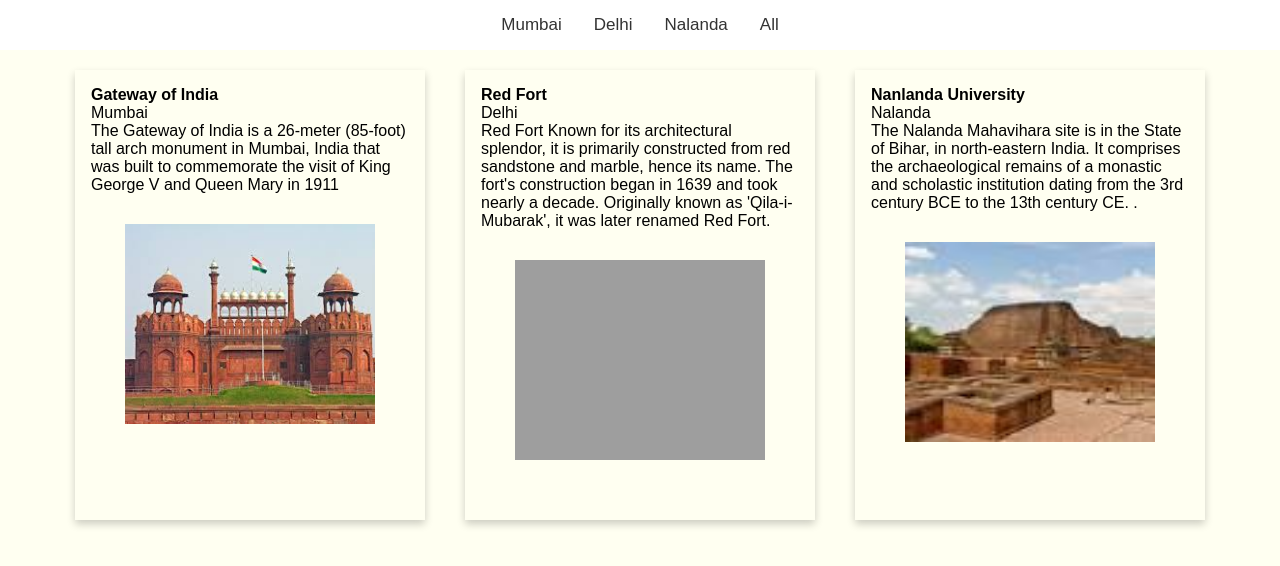
Repository: Muskan1Kumari4draw/React-app-with-concept
Page: /
These files come from the project's save history. The page is drawn as it stood at one moment and after the next save; the edit follows.
The browser window is 1280 px wide. The pictures show the whole page.
Pictures or frames that could not be fetched are drawn as grey boxes. The project was rebuilt for these pictures with package versions that can differ from the ones it lists, and the page was loaded fresh each time.

Above is the page before, as saved 2024-10-02 11:15:20.

### src/App.js
import React from "react";
// import Restaurant from "./component/Basic/Restaurant";

// import Dropdown from "./component/Basic/Dropdown";
import Restaurant from "./component/Basic/Restaurant";
// import Navbar from "./component/Basic/Navbar";
const App = () => {
  return (
    <>
      <Restaurant />
    </>
  );
};

export default App;

### src/component/Basic/Restaurant.js
import React, { useState } from "react";
import "./style.css";
import Monument from "./Monument";
import data from "./restaurant.json";
import Navbar from "./Navbar";

// const uniqueList = data.map((curElement) => {
//   return curElement.city;
// });
// console.log(uniqueList); //to check the city

// convert into set
// const uniqueList = new Set(
//   data.map((curElement) => {
//     return curElement.city;
//   })
// );
// console.log(uniqueList);

// convert it into array
// const uniqueList = [
//   new Set(
//     data.map((curElement) => {
//       return curElement.city;
//     })
//   ),
// ];
// console.log(uniqueList);
//Use of spread operator
const uniqueList = [
  ...new Set(
    data.map((curElement) => {
      return curElement.city;
    })
  ),
  "All",
];
console.log(uniqueList);

const Restaurant = () => {
  const [monuData, setMonuData] = useState(data);
  const [monuCity, setMonuCity] = useState(uniqueList);

  // console.log(data);
  const filterItem = (city) => {
    if (city === "All") {
      setMonuData(data);
      return;
    }
    const updateList = data.filter((curElement) => {
      return curElement.city === city;
    });
    setMonuData(updateList);
  };
  return (
    <>
      <Navbar filterItem={filterItem} monuCity={monuCity} />

      <Monument monuData={monuData} />
    </>
  );
};

export default Restaurant;

### src/component/Basic/style.css
* {
  margin: 0;
  padding: 0;
  box-sizing: border-box;
}

body {
  /* background: rgb(255, 255, 241); */
  font-family: Arial, sans-serif;
}

/* Navbar Styling */
.navbar {
  margin: auto;
  /* background: #fff; */
  height: 50px;
  box-shadow: 0 4px 8px 0 rgba(0, 0, 0, 0.2);
  display: flex;
  justify-content: center;
  align-items: center;
}

.menu-nav {
  display: flex;
  justify-content: center;
}
.menu-nav button:hover {
  border: 2px solid rgba(0, 0, 0, 0.2);
}
.container .city {
  color: rgb(49, 22, 22);
  font-size: 18px;
}
.navbar button {
  color: #333;
  border: none;
  background: white;
  text-align: center;
  padding: 14px 16px;
  text-decoration: none;
  font-size: 17px;
  margin: auto;
}

/* Card Styling */
.card {
  box-shadow: 0 4px 8px 0 rgba(0, 0, 0, 0.2);
  transition: 0.3s;
  width: 400px;
  height: 400px;
  margin: 20px;
}

.card:hover {
  box-shadow: 0 8px 16px 0 rgba(0, 0, 0, 0.2);
}

.container {
  padding: 16px;
}

.container img {
  width: 100%;
  height: auto;
  display: block;
}

.section-div {
  display: flex;
  flex-wrap: wrap;
  justify-content: center;
  background: rgb(255, 255, 241);
  align-items: center;
}

/* Responsive Media Queries */
@media screen and (max-width: 768px) {
  /* Stack the navbar links vertically on small screens */
  .navbar {
    flex-direction: column;
    height: auto;
  }

  .menu-nav {
    flex-direction: column;
  }

  .navbar button {
    padding: 10px;

    font-size: 15px;
    margin: 5px 0;
  }
  .menu-nav {
    display: flex;
    gap: 2;
  }
  .menu-nav button {
    background-color: yellow;
    color: #333;
    border: none;
    margin: 5px;
  }
  /* Adjust card layout on small screens */
  .card {
    width: 90%;
    margin: 10px;
  }

  /* Adjust font size and padding */
  .container {
    padding: 10px;
  }
}

@media screen and (max-width: 480px) {
  /* Further adjustments for very small screens */
  .navbar a {
    font-size: 14px;
    padding: 8px;
  }

  .card {
    width: 100%;
    margin: 10px;
  }

  .container h4 {
    font-size: 18px;
  }

  .container p {
    font-size: 14px;
  }
}
* {
  margin: 0;
  padding: 0;
  box-sizing: border-box;
}

body {
  background: rgb(255, 255, 241);
  font-family: Arial, sans-serif;
}

/* Navbar Styling */
.navbar {
  margin: auto;
  background: #fff;
  height: 50px;
  box-shadow: 0 4px 8px 0 rgba(0, 0, 0, 0.2);
  display: flex;
  justify-content: center;
  align-items: center;
}

.menu-nav {
  display: flex;
  justify-content: center;
}

.navbar a {
  color: #333;
  text-align: center;
  padding: 14px 16px;
  text-decoration: none;
  font-size: 17px;
  margin: auto;
}

/* Card Styling */
.card {
  box-shadow: 0 4px 8px 0 rgba(0, 0, 0, 0.2);
  transition: 0.3s;
  width: 350px;
  height: 450px;
  margin: 20px;
}

.card:hover {
  box-shadow: 0 8px 16px 0 rgba(0, 0, 0, 0.2);
}

.container {
  padding: 16px;
}

.container img {
  margin: auto;
  width: 250px;
  margin-top: 30px;
  height: 200px;
  display: block;
}

.section-div {
  display: flex;
  flex-wrap: wrap;
  justify-content: center;
  align-items: center;
}

/* Responsive Media Queries */
@media screen and (max-width: 768px) {
  /* Stack the navbar links vertically on small screens */
  .navbar {
    flex-direction: column;
    height: auto;
  }

  .menu-nav {
    flex-direction: column;
  }

  .navbar a {
    padding: 10px;
    font-size: 15px;
    margin: 5px 0;
  }

  /* Adjust card layout on small screens */
  .card {
    width: 90%;
    margin: 10px;
  }

  /* Adjust font size and padding */
  .container {
    padding: 10px;
  }
}

@media screen and (max-width: 480px) {
  /* Further adjustments for very small screens */
  .navbar a {
    font-size: 14px;
    padding: 8px;
  }

  .card {
    width: 100%;
    margin: 10px;
  }

  .container h4 {
    font-size: 18px;
  }

  .container p {
    font-size: 14px;
  }
}

### src/component/Basic/Monument.js
import React from "react";

const Monument = ({ monuData }) => {
  return (
    <>
      <section className="section-div">
        {monuData.map((curElement) => {
          // destructuring
          const { Id, city, Monuments, Description, Image } = curElement;
          return (
            <div className="card" key={Id}>
              <div className="container">
                <span className="card-title">
                  <b>{Monuments}</b>
                </span>
                <div classname="city">{city}</div>
                <p className="description">{Description}</p>
                <img alt="" src={Image} width="100%" height="50%" />
              </div>
            </div>
          );
        })}
      </section>
    </>
  );
};

export default Monument;

### src/component/Basic/restaurant.json
[
  {
    "Id": 1,
    "city": "Mumbai",
    "Monuments": "Gateway of India",
    "Description": "The Gateway of India is a 26-meter (85-foot) tall arch monument in Mumbai, India that was built to commemorate the visit of King George V and Queen Mary in 1911",
    "Image": "/Image/red fort.jpeg"
  },

  {
    "Id": 2,
    "city": "Delhi",
    "Monuments": "Red Fort",
    "Description": "Red Fort Known for its architectural splendor, it is primarily constructed from red sandstone and marble, hence its name. The fort's construction began in 1639 and took nearly a decade. Originally known as 'Qila-i-Mubarak', it was later renamed Red Fort.",
    "Image": "/Image/gateway of india.jpeg"
  },

  {
    "Id": 3,
    "city": "Nalanda",
    "Monuments": "Nanlanda University",
    "Description": "The Nalanda Mahavihara site is in the State of Bihar, in north-eastern India. It comprises the archaeological remains of a monastic and scholastic institution dating from the 3rd century BCE to the 13th century CE. .",
    "Image": "/Image/NAlanda.jpeg"
  }
]

### src/component/Basic/Navbar.js
import React from "react";

const Navbar = ({ filterItem, monuCity }) => {
  return (
    <>
      <div className="navbar-bg">
        <nav className="navbar">
          <div className="menu-nav">
            {monuCity.map((curElement) => {
              return (
                <button onClick={() => filterItem(curElement)}>
                  {curElement}
                </button>
              );
            })}
          </div>
        </nav>
      </div>
    </>
  );
};

export default Navbar;

Loaded but not shown: public/index.html (common file); src/index.js (common file); src/reportWebVitals.js (common file)

After the next save:
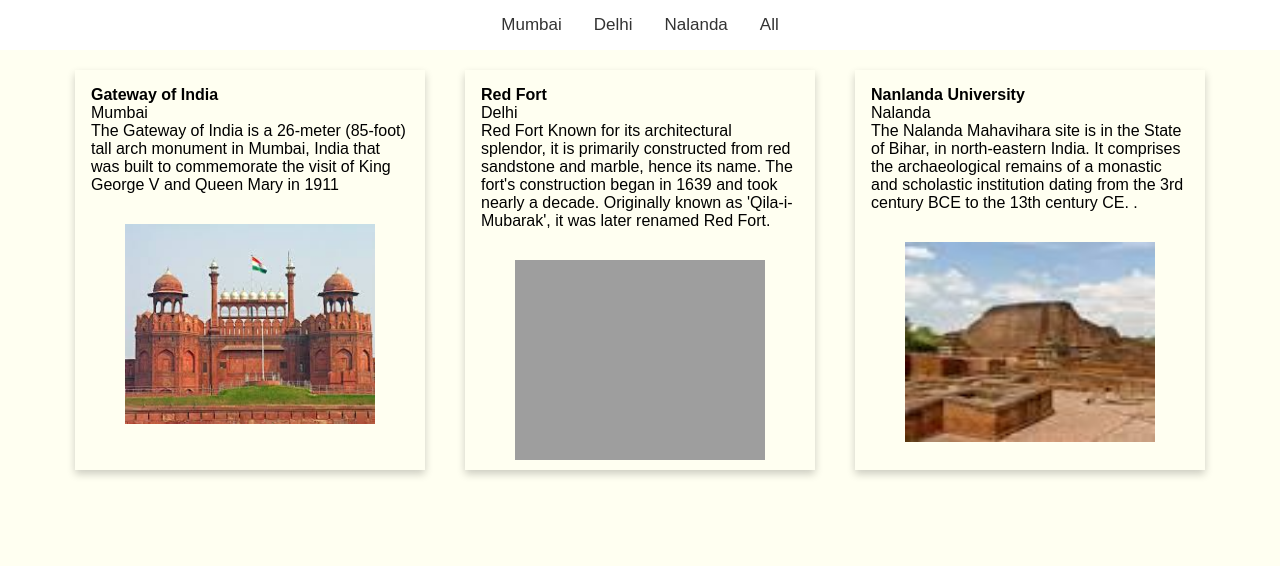
Saved 7 s later.
--- a/src/component/Basic/style.css
+++ b/src/component/Basic/style.css
@@ -174,7 +174,7 @@ body {
   box-shadow: 0 4px 8px 0 rgba(0, 0, 0, 0.2);
   transition: 0.3s;
   width: 350px;
-  height: 450px;
+  height: 400px;
   margin: 20px;
 }
 
